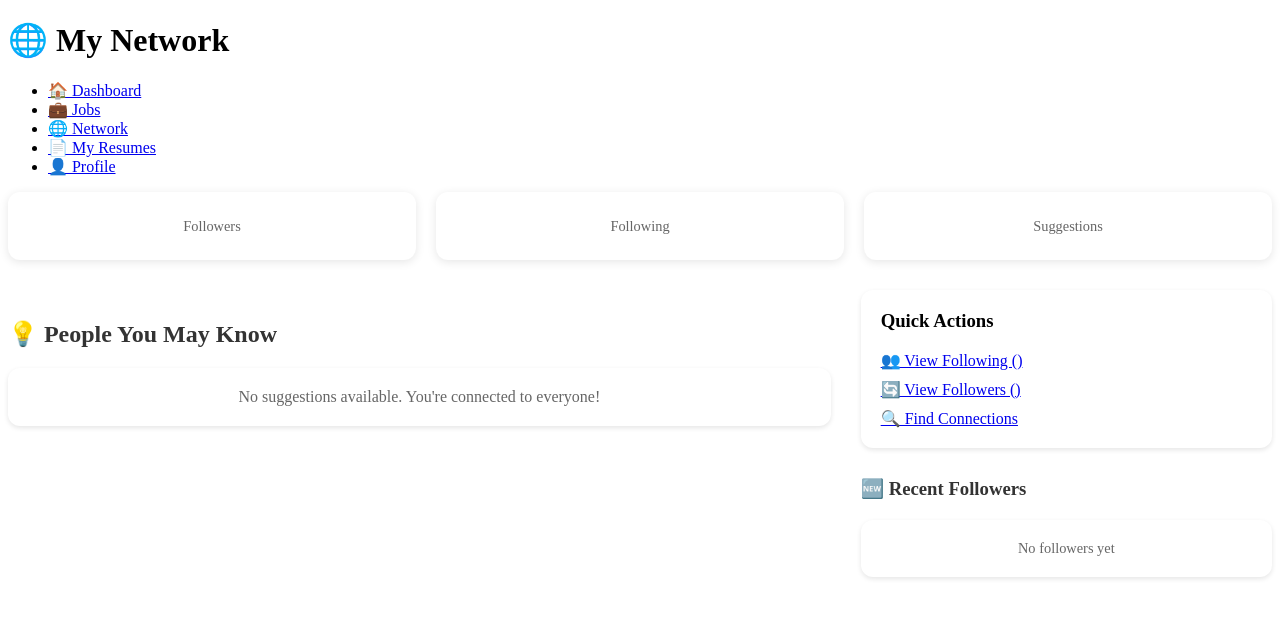
Repository: sofia123776/jobboard
Page: jobs/templates/jobs/network_dashboard.html
The author's editor kept a copy of each file at every save. The page is drawn from the files as they stood at one save, then again after the next save.
The browser window is 1280 px wide. The pictures show the whole page.
The template is drawn by Django 5.2. The application's start-up code is not run. The template is opened directly, without the code that normally fills it, so the values that code supplies are empty.

Above is the page before, as saved 2025-10-23 17:04:01.

After the next save:
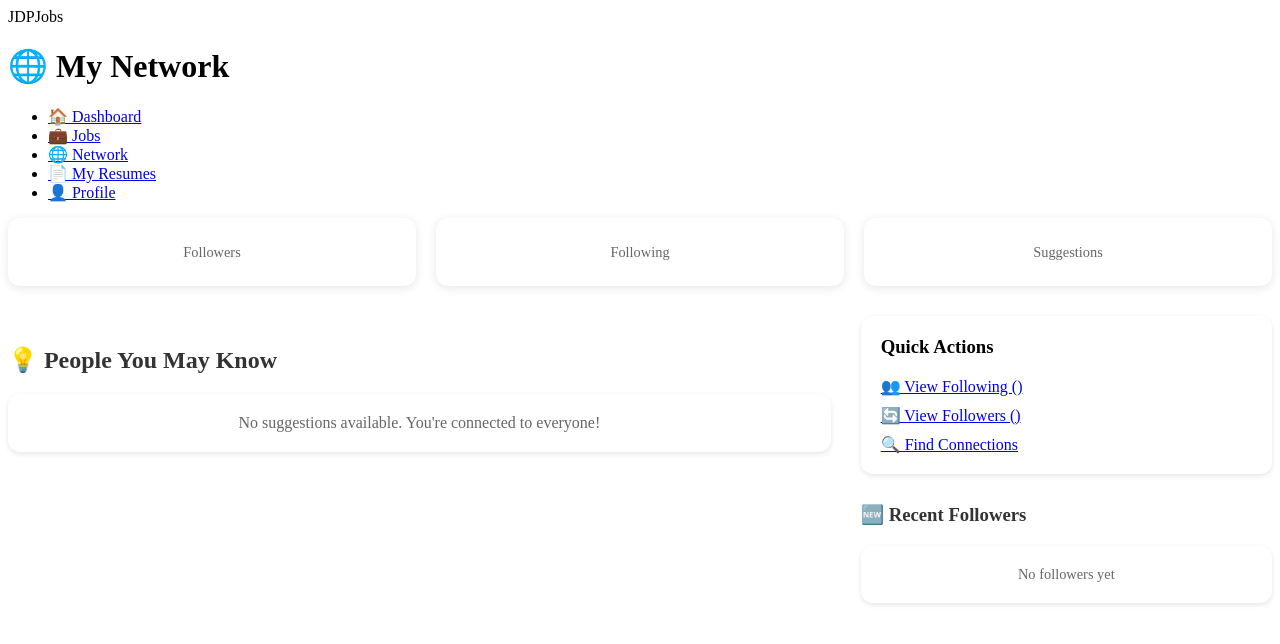
Saved 4 min 13 s later.
--- a/jobs/templates/jobs/network_dashboard.html
+++ b/jobs/templates/jobs/network_dashboard.html
@@ -45,9 +45,9 @@
 </head>
 <body>
     <!-- Your Dashboard Header -->
-    <header class="dashboard-header">
-        <div class="container">
-            <div class="header-content">
+    <header class="navbar">
+        <div class="logo">JDP<span>Jobs</span></div>
+
                 <h1>🌐 My Network</h1>
                 <nav class="dashboard-nav">
                 <nav>
@@ -59,8 +59,7 @@
                         <li><a href="{% url 'profile_view' user.username %}">👤 Profile</a></li>
                     </ul>
                 </nav>
-                </nav>
-            </div>
+
         </div>
     </header>
 
